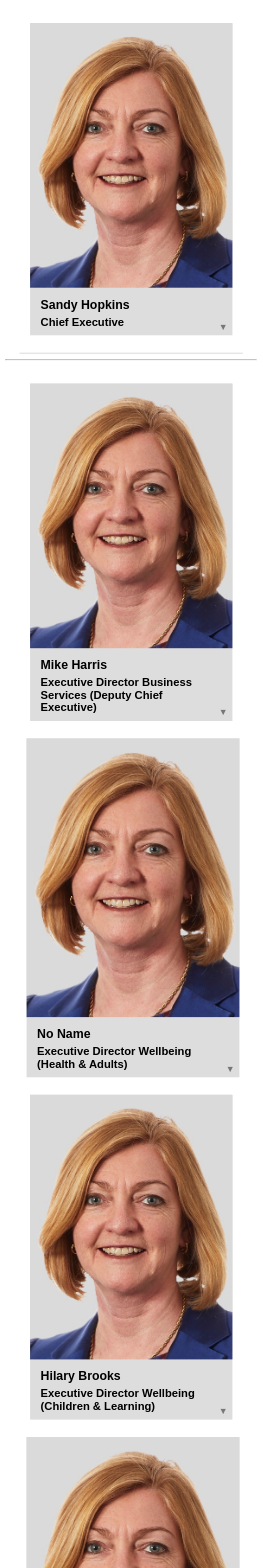
Repository: DigitalExperienceTeam/management
Page: index.html
The author's editor kept a record of every edit. The page is drawn from the files as they stood at one moment, then again after the next edit.
The browser window is 375 px wide. The pictures show the part of the page from y = 0 to 2240 px (the page is 3528 px tall before and 3876 px after), at 70% of full size.

Above is the page before.

After the next edit:
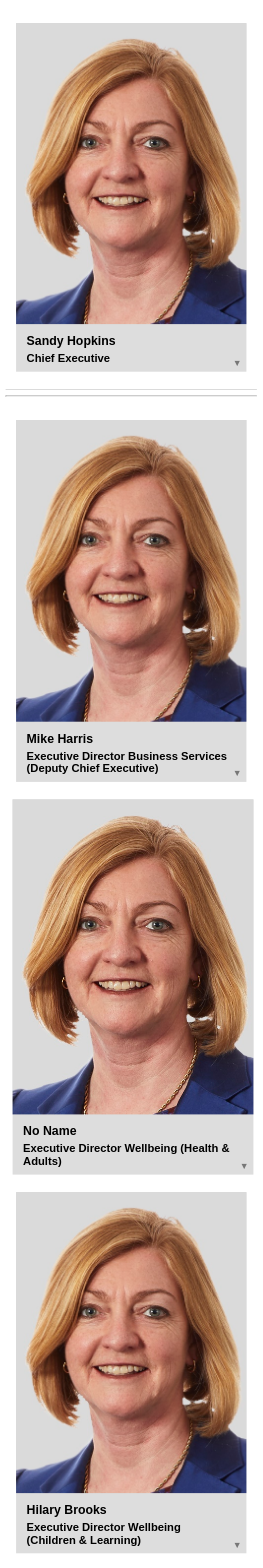
The edit:
--- a/style.css
+++ b/style.css
@@ -123,7 +123,7 @@
 @media only screen and (max-width: 470px) {
 
 .profiles-wrapper {
-    margin:0 20px;
+    justify-content: flex-start;
 }
 
 .profile {
